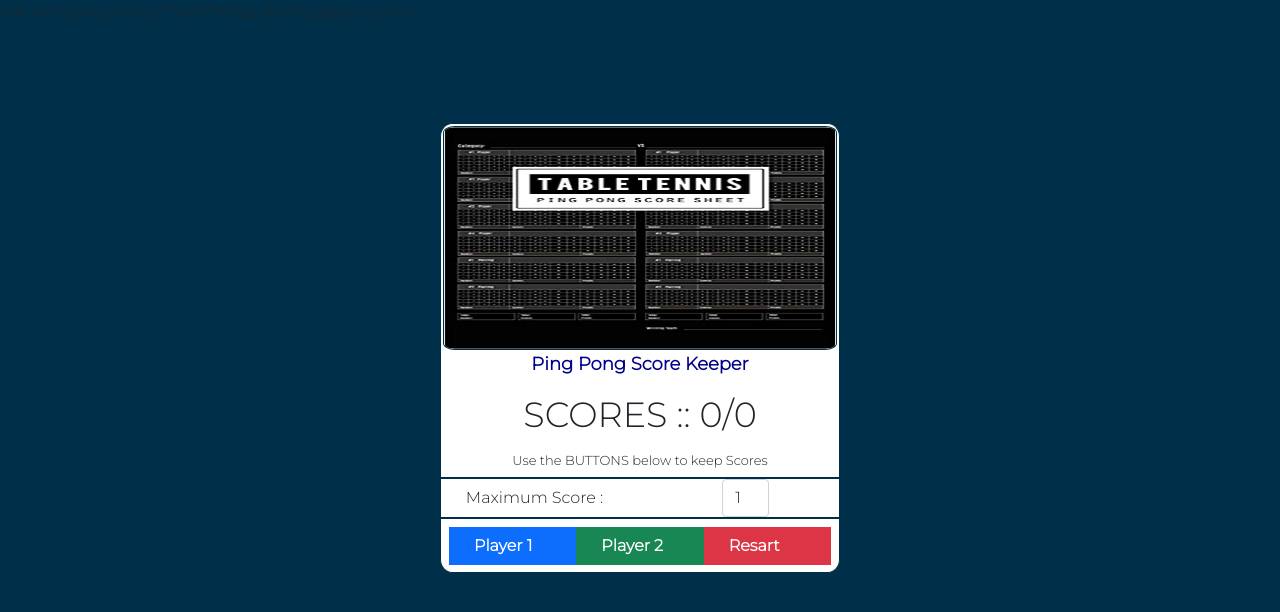
Repository: uditjain100/JavaScript-for-Web
Page: 9.Score Keeper Project/sk.html
The author's editor kept a copy of each file at every save. The page is drawn from the files as they stood at one save, then again after the next save.
The browser window is 1280 px wide. The pictures show the whole page.

Above is the page before, as saved 2021-01-22 22:16:58.

After the next save:
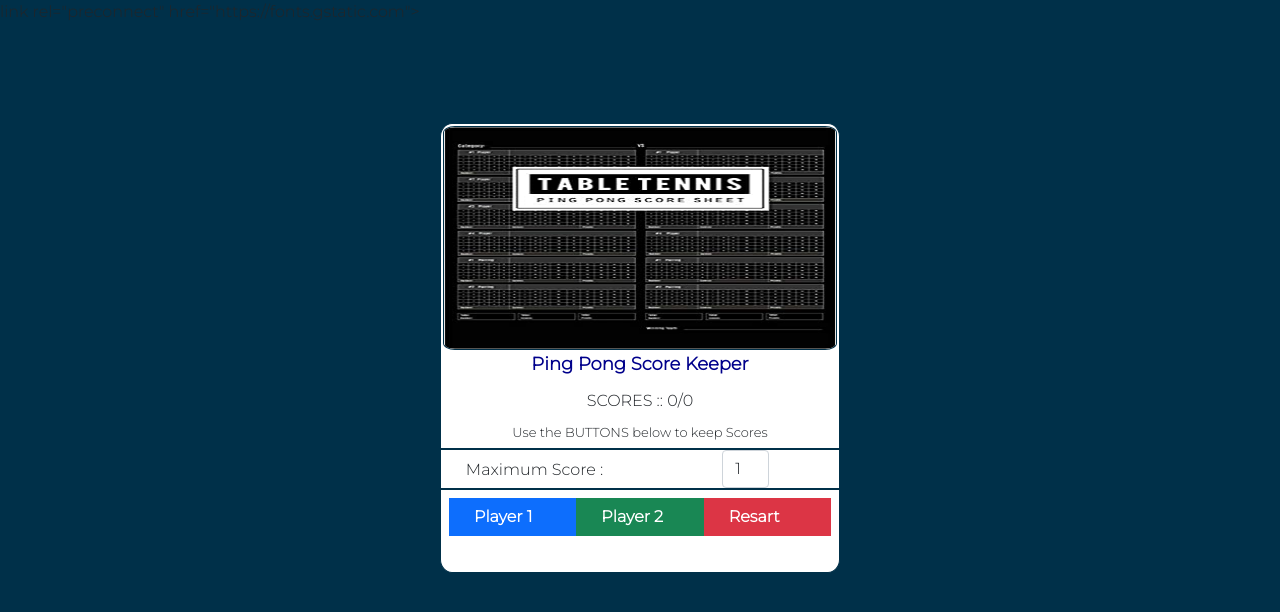
Saved 30 s later.
--- a/9.Score Keeper Project/sk.html
+++ b/9.Score Keeper Project/sk.html
@@ -30,10 +30,10 @@
         <h6 id="heading" class="diaply-10">Ping Pong Score Keeper</h6>
 
         <div id="scores" class="scores m-2 p-1 mx-auto">
-          <span id="score" class="score">SCORES :</span>
-          <span id="score" class="score">: 0</span
-          ><span id="score" class="score">/</span
-          ><span id="score" class="score">0</span>
+          <span id="score1" class="score">SCORES :</span>
+          <span id="score2" class="score">: 0</span
+          ><span id="score3" class="score">/</span
+          ><span id="score4" class="score">0</span>
         </div>
 
         <h6 id="instruction">Use the BUTTONS below to keep Scores</h6>

After the save that followed:
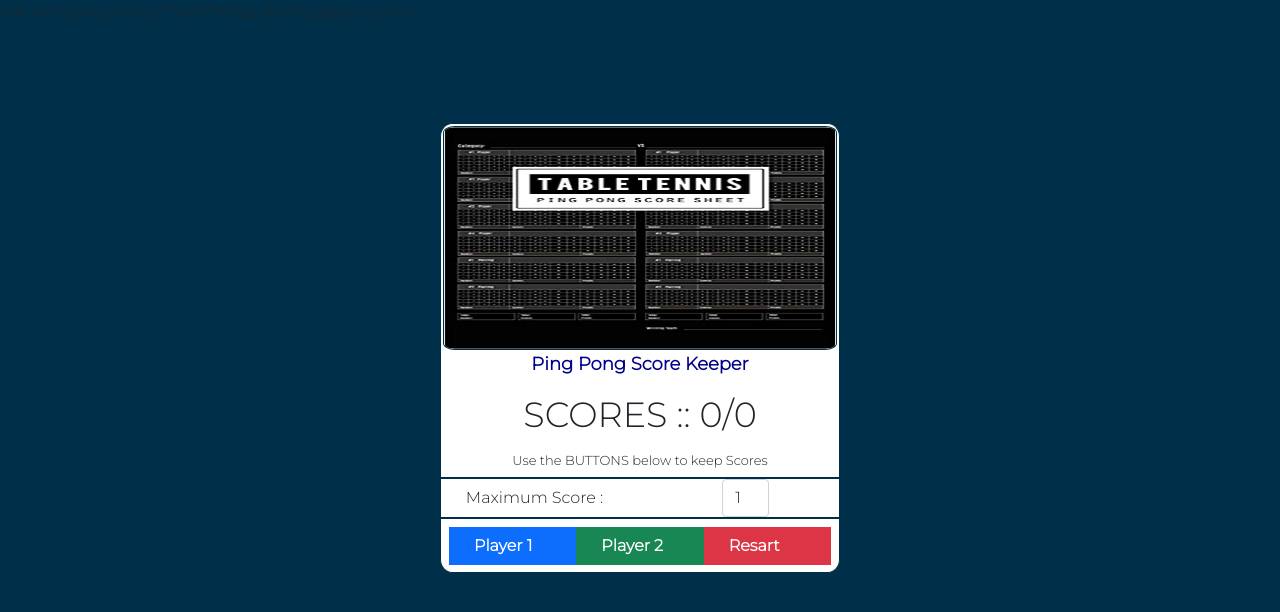
Saved 46 s later.
--- a/9.Score Keeper Project/app.css
+++ b/9.Score Keeper Project/app.css
@@ -63,7 +63,19 @@ img {
   margin: 0px auto;
 }
 
-#score {
+#score1 {
+  text-align: center;
+  font-size: 35px;
+}
+#score2 {
+  text-align: center;
+  font-size: 35px;
+}
+#score3 {
+  text-align: center;
+  font-size: 35px;
+}
+#score4 {
   text-align: center;
   font-size: 35px;
 }
